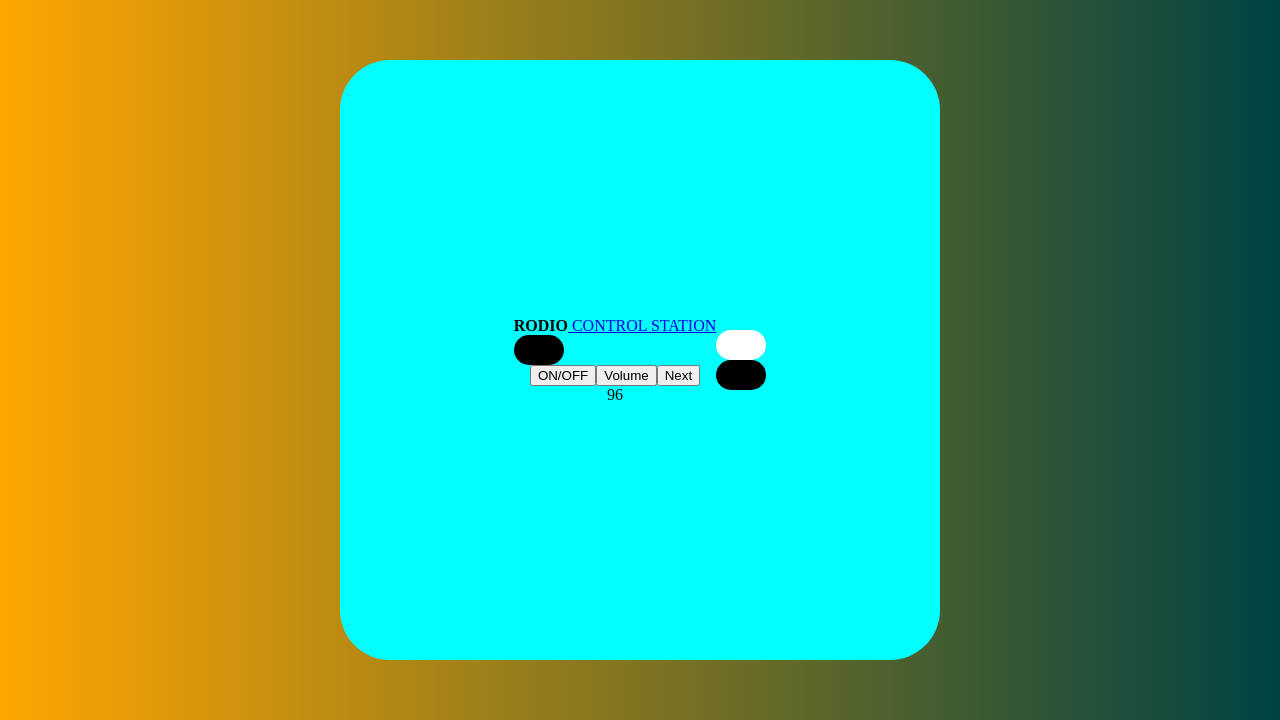
Repository: Alexandru-Morteanu/rodio
Page: /96
An editor plug-in stored every save of this project. The page is shown before and after a run of saves, followed by the edit.
The browser window is 1280 px wide. The pictures show the whole page.
The project was rebuilt for these pictures with package versions that can differ from the ones it lists, and the page was loaded fresh each time.

Above is the page before, as saved 2023-01-29 22:27:58.

After the next 4 saves:
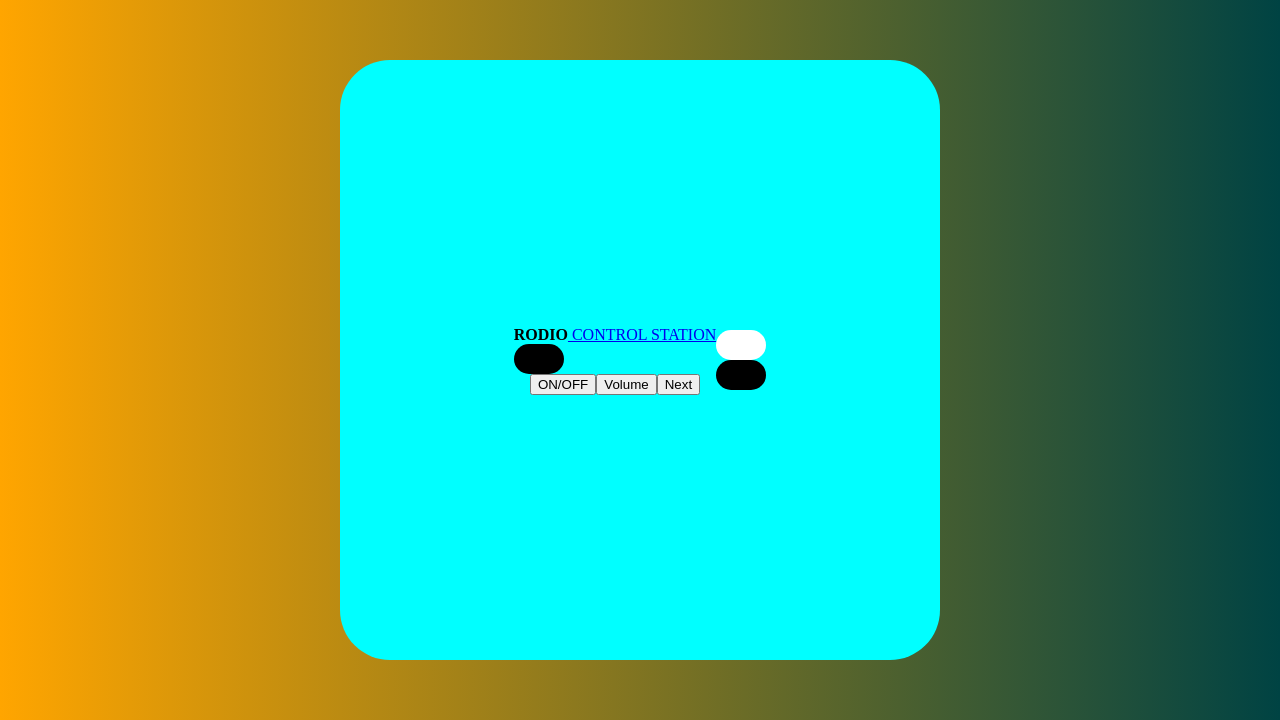
The 4 saves are shown as one change because 3 did not build or start.
The last was saved 3 min 45 s later.
--- a/src/App.js
+++ b/src/App.js
@@ -15,7 +15,7 @@ function App() {
       <Router>
           <Routes>
             {stations.map((path) => (
-              <Route path={path} element={<Homepage  />} />
+              <Route path={path} element={<Homepage  />} key={path} />
             ))}
           </Routes>
       </Router>
--- a/src/pages/Homepage.js
+++ b/src/pages/Homepage.js
@@ -3,13 +3,12 @@
 import { Link, useLocation } from "react-router-dom";
 function Homepage() {
   const stations = [
-    96,
-    98,
-    99,
-    102
+    "/96",
+    "/98",
+    "/99",
+    "/102"
   ]
   const location = useLocation()
-  const path = location.pathname.split('/');
   return (
     <div className='containerHome'>
         <div>
@@ -19,7 +18,7 @@
             <button>ON/OFF</button>
             <button>Volume</button>
             <button>Next</button>
-            <div>{path}</div>
+            <div></div>
         </div>
         <div>
             <div className='adds'></div>

After the save that followed:
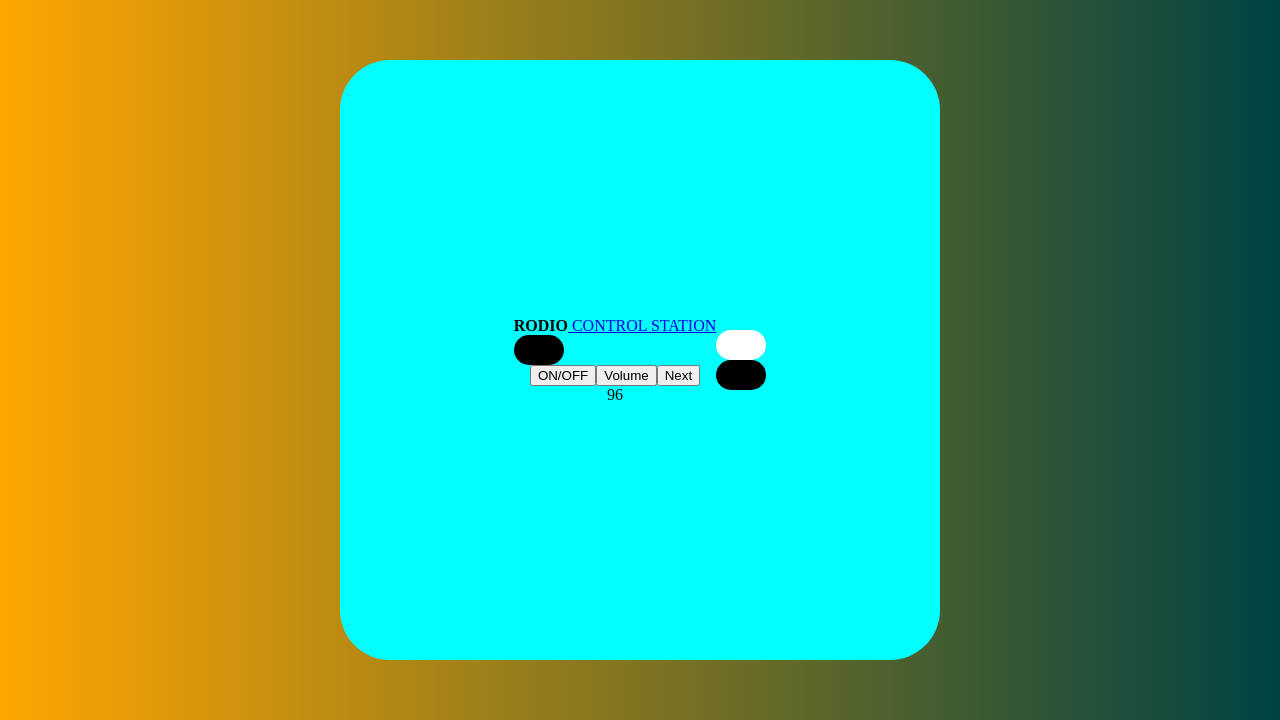
Saved 16 s later.
--- a/src/pages/Homepage.js
+++ b/src/pages/Homepage.js
@@ -9,6 +9,7 @@
     "/102"
   ]
   const location = useLocation()
+  const path = location.pathname.split('/');
   return (
     <div className='containerHome'>
         <div>
@@ -18,7 +19,7 @@
             <button>ON/OFF</button>
             <button>Volume</button>
             <button>Next</button>
-            <div></div>
+            <div>{path}</div>
         </div>
         <div>
             <div className='adds'></div>
